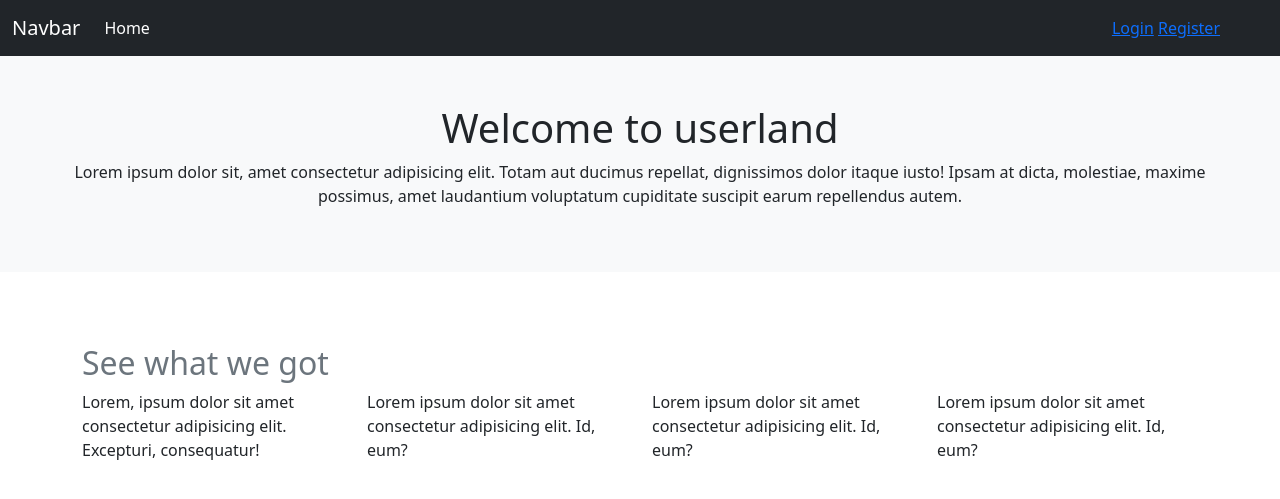
Repository: BrittleHeart/symfony-users--crud
Page: templates/home/home.html.twig
An editor plug-in stored every save of this project. The page is shown before and after the next save, followed by the edit.
The browser window is 1280 px wide. The pictures show the whole page.
The page is a Twig template of a Symfony application; nobody is signed in and links lead nowhere. The template is opened directly, without the code that normally fills it, so the values that code supplies are empty.

Above is the page before, as saved 2021-02-20 15:51:02.

After the next save:
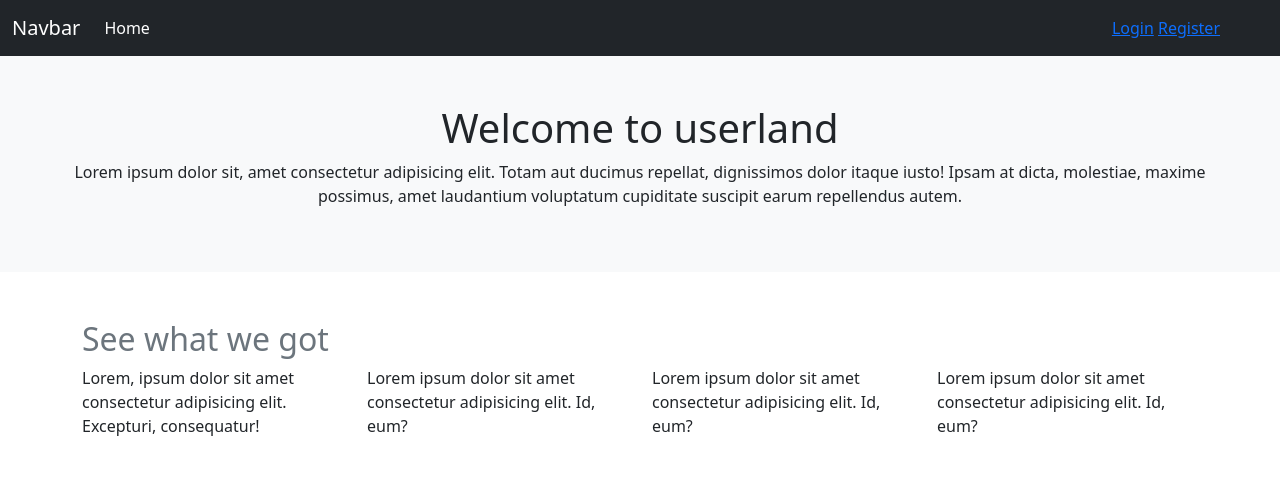
Saved 8 s later.
--- a/templates/home/home.html.twig
+++ b/templates/home/home.html.twig
@@ -7,7 +7,7 @@
 		<p class="jumbotron-description">Lorem ipsum dolor sit, amet consectetur adipisicing elit. Totam aut ducimus repellat, dignissimos dolor itaque iusto! Ipsam at dicta, molestiae, maxime possimus, amet laudantium voluptatum cupiditate suscipit earum repellendus autem.</p>
 	</header>
 
-	<main class="main my-5 p-4">
+	<main class="main my-5">
 		<div class="container">
 			<h2 class="text-muted">See what we got</h2>
 			<div class="row">
